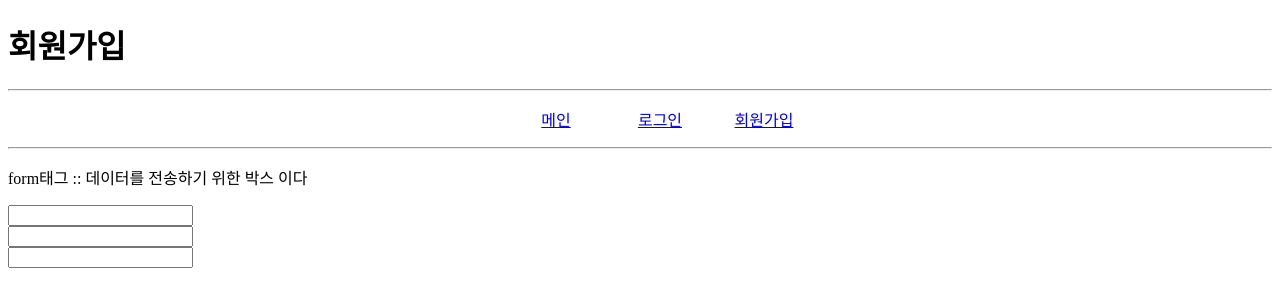
Repository: leesangbok/jsp-work
Page: http://localhost/cos/join.jsp
These files come from the project's save history. The page is drawn as it stood at one moment and after the next save; the edit follows.
The browser window is 1280 px wide. The pictures show the whole page.
The page is served by Tomcat 9.

Above is the page before, as saved 2020-08-22 02:48:57.

After the next save:
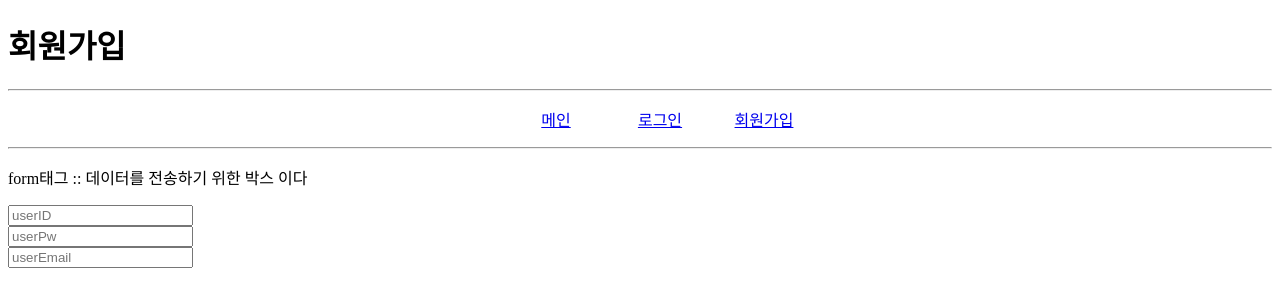
Saved 69 s later.
--- a/cos/WebContent/join.jsp
+++ b/cos/WebContent/join.jsp
@@ -22,9 +22,9 @@
 	<!-- form태그 :: 데이터를 전송하기 위한 박스 이다 -->
 	<p>form태그 :: 데이터를 전송하기 위한 박스 이다</p>
 	<form>
-		<input type="text" name="userName"/><br/>
-		<input type="password" name="password"/><br/>
-		<input type="email" name="email"/>
+		<input type="text" name="userName" placeholder="userID"/><br/>
+		<input type="password" name="password"placeholder="userPw"/><br/>
+		<input type="email" name="email" placeholder="userEmail"/>
 	</form>
 </body>
 </html>
